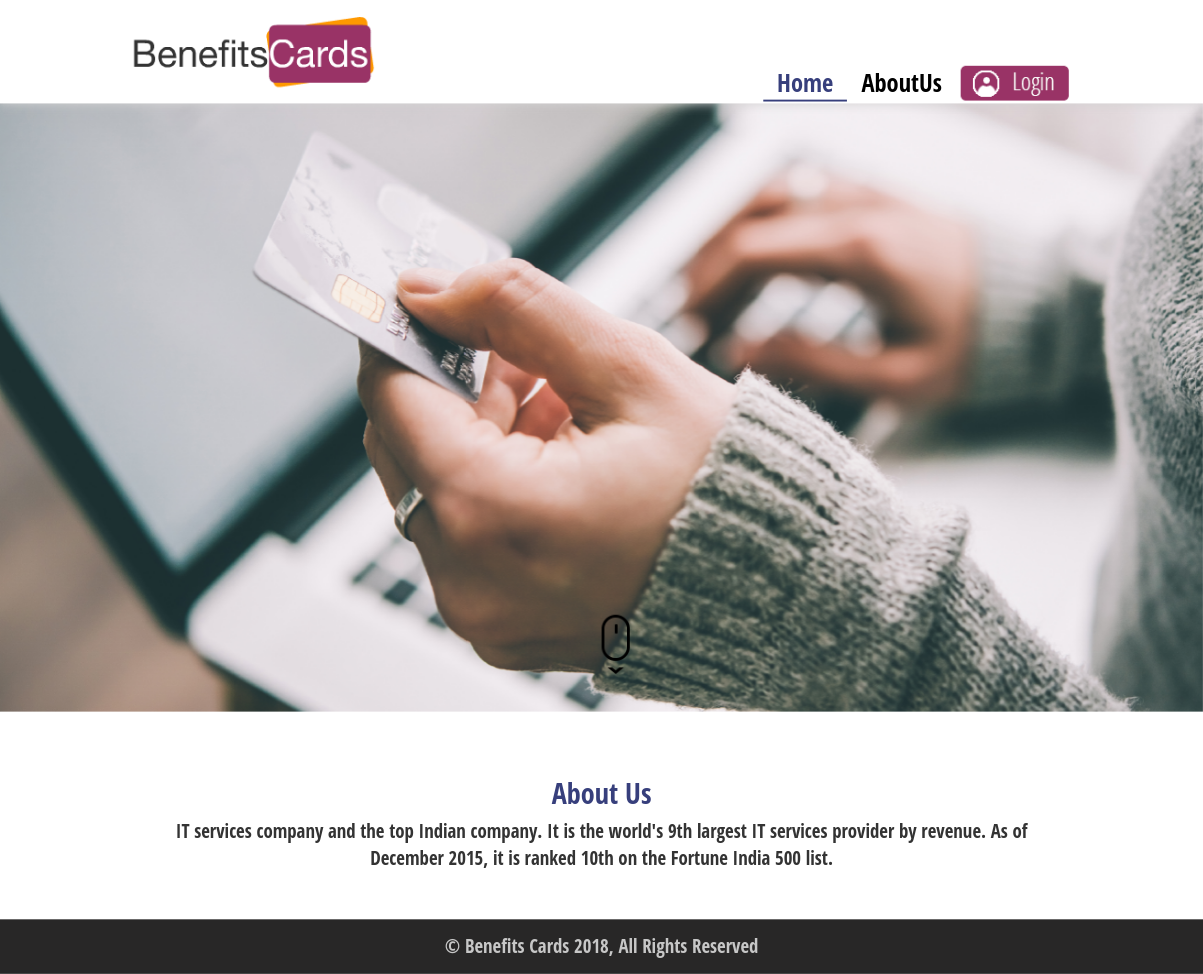
Repository: intkhabahmed/AcceleratedBootcampWebsites
Page: http://localhost/BenefitsCards/UI/index.jsp
The author's editor kept a copy of each file at every save. The page is drawn from the files as they stood at one save, then again after the next save.
The browser window is 1280 px wide. The pictures show the whole page, at 94% of full size.
Some web fonts or font styles are not loaded; a fallback is used. The page is served by Tomcat 9. Nobody is signed in. The application's start-up code is not run. Other server files are loaded and not shown.

Above is the page before, as saved 2018-01-31 06:03:00.

### BenefitsCards/WebContent/UI/index.jsp
<%@ page language="java" contentType="text/html; charset=ISO-8859-1"
	pageEncoding="ISO-8859-1"%>
<%@taglib uri="http://java.sun.com/jsp/jstl/core" prefix="c"%>
<!DOCTYPE html>
<html>
<head>
<title>Benefits Cards</title>
<meta http-equiv="Content-Type" content="text/html; charset=ISO-8859-1">
<meta name="viewport" content="width=device-width, initial-scale=1.0">
<link rel="stylesheet" type="text/css" href="css/bootstrap.min.css">
<link rel="stylesheet" type="text/css" href="css/font-awesome.min.css">
<link rel="stylesheet" type="text/css" href="css/custom.css">
<link
	href='https://fonts.googleapis.com/css?family=Open Sans Condensed:300'
	rel='stylesheet'>
</head>
<body id="home">

	<jsp:include page="header.jsp"></jsp:include>


	<!-- <div class="row"> -->
	<div id="carousel-example-generic" class="carousel slide"
		data-ride="carousel">
		<!-- Indicators -->
		<img src="images/downarrow.png" alt="DownArrow" id="downarrow" />
		<!-- Wrapper for slides -->
		<div class="carousel-inner" role="listbox">
			<div class="item active">
				<img src="images/banner.png" alt="">
			</div>
		</div>

	</div>
	<!--end carousel-->

	<!-- </div> -->
	<div class="container">
		<hr>
		<div class="row">
			<div id="aboutus">
				<h2 align="center">About Us</h2>
				<p align="center">IT services company and the top Indian
					company. It is the world's 9th largest IT services provider by
					revenue. As of December 2015, it is ranked 10th on the Fortune
					India 500 list.</p>
			</div>
			<!--end aboutus-->
		</div>
		<hr>
	</div>
	<!--end container-->
	<div id="footer">
		<footer>
			<p align="center">&copy; Benefits Cards 2018, All Rights
				Reserved</p>
		</footer>
	</div>
	<div class="overlay" title="click to close"></div>
	<div id="loginWindow">
		<h2 align="center">Login Form</h2>
		<form class="form-vertical" method="post" action="login.html"
			id="login_form">
			<div class="form-group">
				<input type="text" name="username" required="required"
					class="form-control" placeholder="Enter UserName" /> <input
					type="password" name="password" required="required"
					class="form-control" placeholder="Enter Password" />

			</div>
			<div class="form-group">
				<h4><a href="#" class="pull-left">Forgot Password?</a></h4> <input
					type="submit" name="login_btn" id="login_btn" value="Login"
					class="pull-right btn btn-default" />
			</div>
		</form>
	</div>
	<div id="queryWindow">
		<h2 align="center">Query Form</h2>
		<form class="form-vertical" method="post" action="askQuery.html"
			id="query_form">
			<div class="form-group">
				<label class="form-label" for="receiver">Choose Company</label> <br>
				<input type="radio" name="receiver" required="required"
					value="BeneesFradia" /> BeneesFradia &nbsp;&nbsp;
					<input type="radio" name="receiver" value="QuickgunHeadley"/> QuickgunHeadley <br>
			</div>
			<div class="form-group">
				<textarea rows="4" class="form-control"
					placeholder="Enter the query" name="query"></textarea>
				<input type="submit" name="querySubmit_btn" id="querySubmit_btn"
					value="Send" class="form-control btn btn-default" />
			</div>
		</form>
	</div>

	<script type="text/javascript" src="js/jquery-3.1.0.min.js"></script>
	<script type="text/javascript" src="js/bootstrap.min.js"></script>
	<script type="text/javascript" src="js/custom.js"></script>
	<c:if test="${errorMessage ne null}">
		<%-- 	<div class="alert alert-danger" role="alert" >"${errorMessage}"</div> --%>
		<script>
			alert("${errorMessage}");
			showLoginPage();
		</script>
	</c:if>
	<c:if test="${successMessage ne null}">
		<%-- 	<div class="alert alert-success" role="alert">"${successMessage}"</div> --%>
		<script>
			alert("${successMessage}");
		</script>
	</c:if>
</body>
</html>

### BenefitsCards/WebContent/UI/header.jsp
<%@ page language="java" contentType="text/html; charset=ISO-8859-1"
    pageEncoding="ISO-8859-1"%>
<%@taglib uri="http://java.sun.com/jsp/jstl/core" prefix="c" %>
<nav class="navbar navbar-custom navbar-custom-fitting">
	  <div class="container">
	    <!-- Brand and toggle get grouped for better mobile display -->
	    <div class="navbar-header">
	      <button type="button" class="navbar-toggle collapsed" data-toggle="collapse" data-target="#bs-example-navbar-collapse-1" aria-expanded="false">
	        <span class="sr-only">Toggle navigation</span>
	        <span class="icon-bar"></span>
	        <span class="icon-bar"></span>
	        <span class="icon-bar"></span>
	      </button>
	      <a class="navbar-brand" href="index.html"><img src="images/BC_logo.png" alt="Benefits Cards"></a>
	    </div>

	    <!-- Collect the nav links, forms, and other content for toggling -->
	    <div class="collapse navbar-collapse" id="bs-example-navbar-collapse-1">
	      <ul class="nav navbar-nav navbar-right" id="main-nav">
	        <li class="active"><a href="#home">Home <span class="sr-only">(current)</span></a></li>
	        <li><a href="#aboutus">AboutUs</a></li>
	        <c:if test="${sessionScope.user.username eq null}">
	        <li id="login_button" onclick="showLoginPage()"><img src="images/loginbtn.png" class="img img-responsive"/></li>
	      	</c:if>
	      	<c:if test="${sessionScope.user.username ne null}">
	      	<li id="raiseQuery_btn"><a href="#">Support</a></li>
	        <li class="dropdown">
	          <a href="#" class="dropdown-toggle" data-toggle="dropdown" role="button" aria-haspopup="true" aria-expanded="false">${sessionScope.user.username } <span class="fa fa-angle-down"></span></a>
	          <ul class="dropdown-menu">
	            <li><a href="showProfile.html">View Profile</a></li>
	            <li><a href="logout.html">Logout</a></li>
	          </ul>
	        </li>
	        </c:if>
	      </ul>
	    </div><!-- /.navbar-collapse -->
	  </div><!-- /.container-fluid -->
	</nav>

### BenefitsCards/WebContent/css/custom.css
/****************************Common CSS**************************/

.padding-10x{
	padding: 10px;
}
.padding-5x{
	padding: 5px;
}
.padding-20x{
	padding: 20px;
}

.center{
	display: block;
	margin: 0 auto;
}
.no-margin {
	margin: 0;
}
.error {
	color: red;
}
.success {
	color: #5cb85c;
}
#errorBlock{
	position: absolute;
	top: 15%;
	width: 100%;
}
body {
	font-family: Open Sans Condensed !important;
	font-size: 20px !important;
}
.dropdown-menu {
	font-size: 18px;
    background-color: #000;
    opacity: 0.7;
    border: 1px solid #ccc;
    border: 1px solid rgba(0,0,0,.15);
    border-radius: 0px;
    top: 110%;
}
.dropdown-menu li a{
	color: #ffffff;
}
.dropdown-menu li a:hover {
	color: #993366;
	background: #000000;
	opacity: 1;
}
.dropdown> a{
	max-height: 36px;
}

input, button, .form-control, .btn {
	border-radius: 0px !important;
}

input[type=submit]:hover, .btn:hover {
	color: #333333;
}
p {
    margin: 0 10px;
}
/***********************Index Page*********************************/
hr {
	border-top: none;
}
#home {
	padding-top: 94px;
}
#formContainer {
	border-radius: 15px;
	padding: 10px;
	z-index: 1;
}

#login_btn_cover {
	padding: 3px;
}

#homeBannerImage{
	min-height: 370px;
	z-index: 1;
}

@media screen and (min-width: 991px){
	.navbar-custom-fitting {
		width: 100%;
	}
	.container {
		max-width: 1024px;
	}

	.navbar-brand {
		padding: 10px !important;
		height: auto;
	}
	#main-nav {
		margin-top: 39px;
		height: 53px;
		padding-top: 30px;
	}
	nav> .container {
		height: auto;
	}

	.carousel {
		width: 100%;

	}
	.carousel-inner>.item>img {
		width: 100%;
	}
	#loginWindow {
		width: 30vw;
		left: 35vw;
	}
	#uploadWindow {
		width: 40vw;
		left: 30vw;
	}
	#queryWindow {
		width: 30vw;
		left: 35vw;
	}
}

@media screen and (min-width: 768px) and (max-width: 990px){
	#main-nav {
		height: 40px;
		padding-top: 23px;
		margin-top: 30px;
	}

	.navbar-custom-fitting {
		width: 100%;
	}
	.navbar-brand {
		padding: 10px !important;
    	height: auto;
	}
	#login_button {
		margin-bottom: 2px;
	}
	nav> .container {
		height: 92px;
	}
	.carousel {
		width: 100%;
		height: 60vh;
	}
	.carousel-inner>.item>img {
		width: 100%;
		height: 60vh;
	}
	.container {
		max-width: 100%;
		width: 100%;
	}
	#loginWindow {
		width: 40vw;
		left: 35vw;
	}
	#uploadWindow {
		left: 30vw;
		width: 40vw;
	}
	#queryWindow {
		width: 40vw;
		left: 35vw;
	}
}

@media screen and (max-width: 767px){
	nav> .container {
		padding: 2px;
		width: 100%;
		height: auto;
	}

	.navbar-custom-fitting {
		width: 100%;
	}
	.navbar-brand {
		padding: 0px 25px !important;
	}
	.navbar-header {
		height: 90px;
	}
	#main-nav {
		margin-top: 39px;
		background-color: #ffffff;
   	 	padding: 15px;

	}
	#login_button {
		margin: 5px 15px;
	}
	.carousel {
		width: 100%;
		height: 50vh;
		margin: 0 auto;
	}
	.carousel-inner>.item>img {
		width: 100%;
		height: 50vh;
	}
	.container {
		max-width: 100%;
		width: 100%;
	}
	#loginWindow, #uploadWindow, #queryQindow {
		width: 100%;
	}
	#shortcut_links .col-sm-4 img {
		display: block;
		margin: 0 auto;
		width: 100%;
	}
	.navbar-toggle {
		margin-top: 30px;
    	margin-right: 45px;
	}
}
.navbar-nav {
	font-size: 26px !important;
}
#login_button {
	cursor: pointer;
	margin-left: 5px;
}
.navbar-nav> .active a {
	border-bottom: 2px solid #373f7c ;
	color: #373f7c !important;
	background-color: transparent !important;
}

.navbar {
	border-radius: 0px;
}

.navbar-custom {
	background: #FFFFFF;
}

.navbar-nav a {
	transition: all 0.5s ease-in-out;
}

.contact-form-fields input {
	margin: 3px 0;
}

.navbar-nav a{
	color: #000000;
}

.navbar-custom-fitting {
	position: fixed;
	top: 0;
	z-index: 1030;
	box-shadow: -1px 1px 11px 0px #d2d2d2;
}

.navbar-nav>li>a {
	padding: 8px 15px !important;
}

/***********************UserProfile Page*********************************/
.navbar-toggle>.icon-bar {
	background-color: #000000;
}
.navbar-toggle {
	border-color: #000000;
}
.navbar-toggle:hover {
	border-color: #333333;
	background-color: #eeeeee;
}

/***********************Footer******************************************/
#footer {
	background: #282727;
	color: #c7c7c7;
	width: 100%;
	padding: 15px;
}

#footerSpace{
	margin-top: 65px;
}

/***********************Error Page*********************************/
#errorBlock{
	position: absolute;
	top: 15%;
	width: 100%;
}

/***********************Login Modal View*********************************/
.overlay {
	position: fixed;
	top: 0;
	left: 0;
	width: 100%;
	opacity: 0.7;
	min-height: 100%;
	display: none;
	background-color: #000000;
	z-index: 1031;
	cursor: pointer;
}
#loginWindow, #uploadWindow, #queryWindow {
	position: fixed;
	top: 25vh;
	z-index: 1032;
	opacity: 1;
	display: none;
	color: #ffffff;
	background-color: #373f7c;
	padding: 10px;
}
#loginWindow a {
	color: #eeeeee;
}

#login_form input, #upload_form input, #query_form input{
	margin: 10px 0;

}

textarea {
    resize: none;
}

#left-control-button, #right-control-button {
	padding-bottom: 5px;
	background-color: #ffffff;
	color: #000000;
}

#aboutus {
	padding: 10px;

}
#aboutus h2 {
	color: #373f7c;
}
.carousel-control {
	top: 50%;
}
.carousel-control.left, .carousel-control.right {
	background-image: none;
}

#downarrow {
	position: absolute;
	bottom: 40px;
	left: 50%;
	z-index: 1;
}


#profile_logo_container {
	box-shadow: 0px 1px 11px 0px #d2d2d2;
	padding: 5px;
	width: 100%;
}
#login_btn, #querySubmit_btn {
	background: #ffffff;
}
#login_btn:hover, #querySubmit_btn:hover {
	color: #373f7c;
}
input[type=submit], .btn {
	font-size: 26px;
	padding-top: 0px;
	border: 0px;
	background: #373f7c;
}
input[type=submit]:active, .btn:active {
	background: #373f7c !important;
}
input[type=submit]:hover, .btn:hover {
	background: #373f7c;
	color: #eeeeee;
}

### BenefitsCards/WebContent/js/custom.js
$(function(){
	$("nav a").click(function(){
		$('html, body').animate({
        scrollTop: $(this.hash).offset().top
    }, 1500);
    return false;
	});

	$("nav a").click(function(){
		$("nav li").removeClass("active");
		$(this).parent().addClass("active");
	});


	$(".overlay").on('click', function(){
		$(this).fadeOut();
		$("#loginWindow").fadeOut();
		$("#uploadWindow").fadeOut();
		$("#queryWindow").fadeOut();
	});

	$("#uploadForm, #uploadForm_shortcut").on('click', function(){
		$(".overlay").fadeIn();
		$("#uploadWindow").fadeIn();
		return false;
	});

	$("#raiseQuery_btn").on('click', function(){
		$(".overlay").fadeIn();
		$("#queryWindow").fadeIn();
	});

	$(".carousel-control.left").mouseenter(function(){
		$("#left-indicator img").attr("src", "images/leftarrow_ro.png");
	});
	$(".carousel-control.right").mouseenter(function(){
		$("#right-indicator img").attr("src", "images/rightarrow_ro.png");
	});

	$(".carousel-control.left").mouseleave(function(){
		$("#left-indicator img").attr("src", "images/leftarrow.png");
	});
	$(".carousel-control.right").mouseleave(function(){
		$("#right-indicator img").attr("src", "images/rightarrow.png");
	});

	$("#proposalSubmit_btn").bind('click', function(){
		var input = document.getElementById("fileInput");
		if(input.files[0].size >= 10485760){
			alert("File size should be less than 10MB");
			return false;
		}else{
			$("#upload_form").attr("action", "uploadFile.html");
			return true;
		}
	});

	$("#login_button img").mouseenter(function(){
		$(this).attr("src", "images/loginbtn_over.png");
	});
	$("#login_button img").mouseleave(function(){
		$(this).attr("src", "images/loginbtn.png");
	});

});
function showLoginPage(){
	$(".overlay").fadeIn();
	$("#loginWindow").fadeIn();
}
function showAlert(value){
	alert(value.text());
}

Loaded but not shown: BenefitsCards/WebContent/css/bootstrap.min.css (library); BenefitsCards/WebContent/css/font-awesome.min.css (library); BenefitsCards/WebContent/js/jquery-3.1.0.min.js (library); BenefitsCards/WebContent/js/bootstrap.min.js (library)

After the next save:
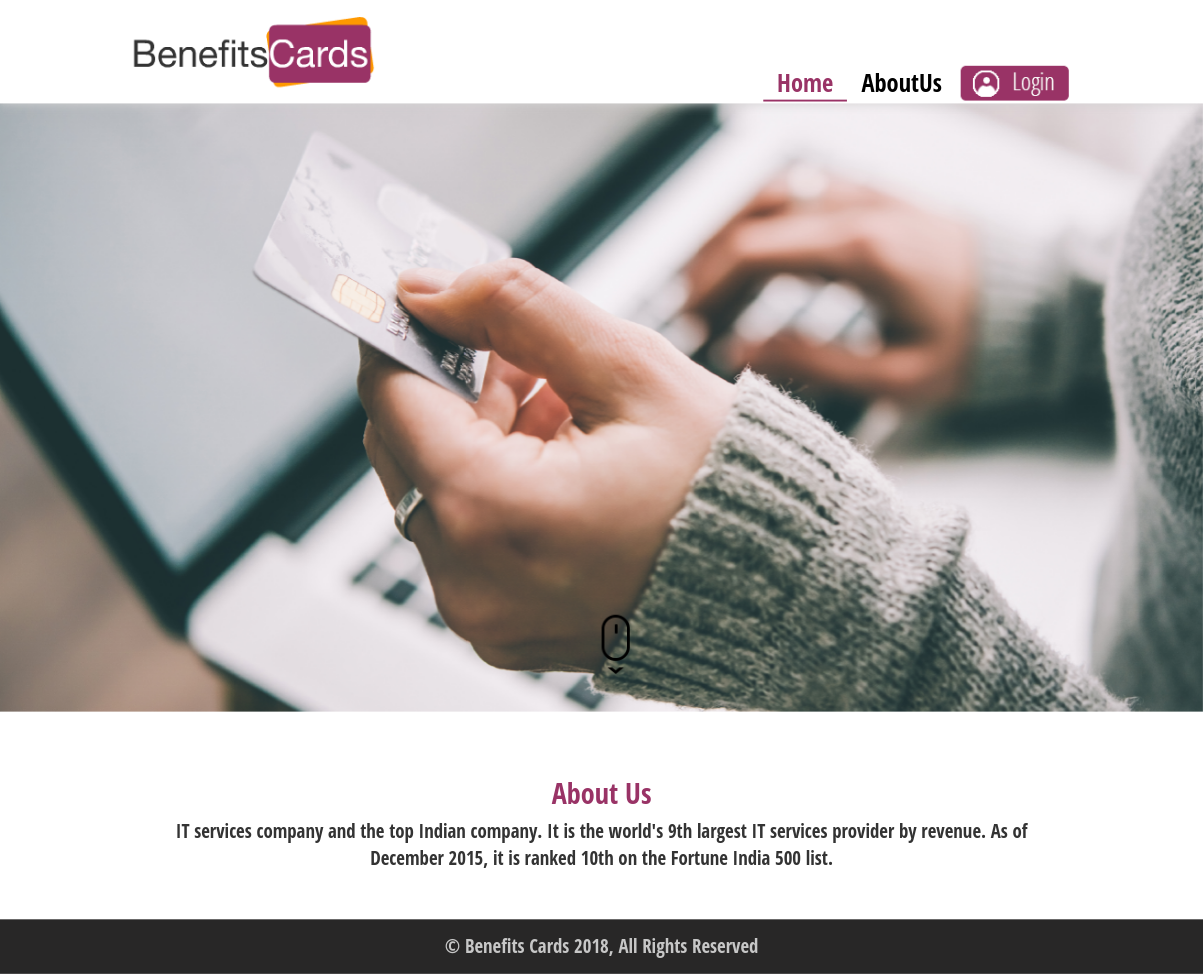
Saved 99 s later.
--- a/BenefitsCards/WebContent/css/custom.css
+++ b/BenefitsCards/WebContent/css/custom.css
@@ -232,8 +232,8 @@ hr {
 	margin-left: 5px;
 }
 .navbar-nav> .active a {
-	border-bottom: 2px solid #373f7c ;
-	color: #373f7c !important;
+	border-bottom: 2px solid #993366 ;
+	color: #993366 !important;
 	background-color: transparent !important;
 }
 
@@ -319,7 +319,7 @@ hr {
 	opacity: 1;
 	display: none;
 	color: #ffffff;
-	background-color: #373f7c;
+	background-color: #993366;
 	padding: 10px;
 }
 #loginWindow a {
@@ -346,7 +346,7 @@ textarea {
 
 }
 #aboutus h2 {
-	color: #373f7c;
+	color: #993366;
 }
 .carousel-control {
 	top: 50%;
@@ -372,18 +372,18 @@ textarea {
 	background: #ffffff;
 }
 #login_btn:hover, #querySubmit_btn:hover {
-	color: #373f7c;
+	color: #993366;
 }
 input[type=submit], .btn {
 	font-size: 26px;
 	padding-top: 0px;
 	border: 0px;
-	background: #373f7c;
+	background: #993366;
 }
 input[type=submit]:active, .btn:active {
-	background: #373f7c !important;
+	background: #993366 !important;
 }
 input[type=submit]:hover, .btn:hover {
-	background: #373f7c;
+	background: #993366;
 	color: #eeeeee;
 }
